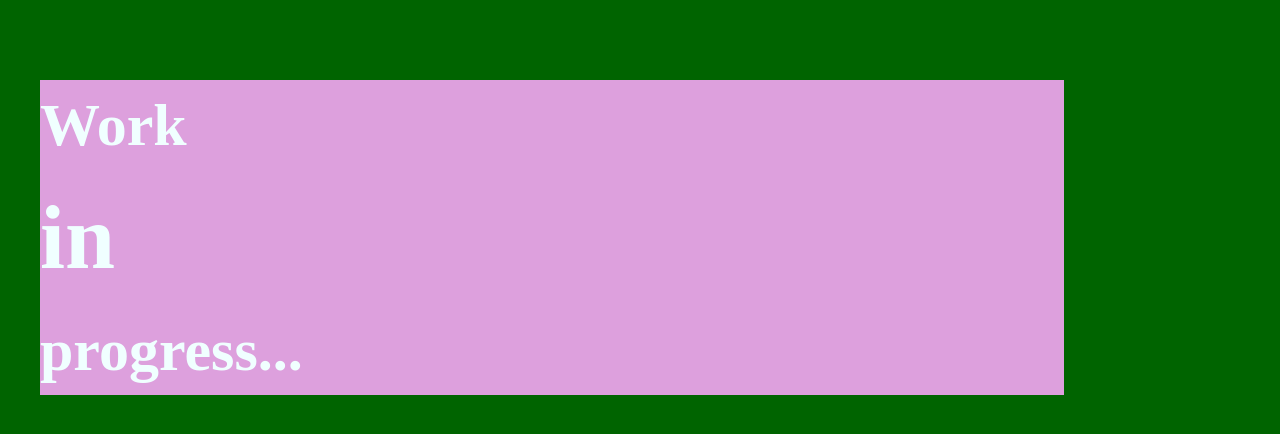
Repository: NollieChtn6/NollieChtn6.github.io
Page: index.html
These files come from the project's save history. The page is drawn as it stood at one moment and after the next save; the edit follows.
The browser window is 1280 px wide. The pictures show the whole page.

Above is the page before, as saved 2023-11-10 18:06:57.

### index.html

<!DOCTYPE html>

<html lang="fr">

<head>
  <meta charset="utf-8">
  <meta name="viewport" content="width=device-width">
  <link href="css/reset.css" rel="stylesheet">
  <link href="css/style.css" rel="stylesheet">
  <link
    href="https://fonts.googleapis.com/css2?family=Dosis&display=swap"
    rel="stylesheet">
  <title>Portfolio</title>
</head>

<body>

  <main class="main__container">

    <div class="main__content">

      <h1 class="main__title">
        <span class="main__title main__title--level-1">
          Work
        </span>
        <span class="main__title main__title--level-2">
          in
        </span>
        <span class="main__title main__title--level-3">
          progress...
        </span>
      </h1>

    </div>

  </main>

</body>

</html>

### css/style.css
/* VARIABLES */

/* :root {

} */


/* GÉNÉRAL */

* {
  box-sizing: border-box;
}

html {
  font-size: 62.5%;
}

body {
  display: flex;
  flex-direction: column;
  height: 100vh;
  min-height: 100vh;
}

h1 {
  font-family: 'Asap', sans-serif;
  font-family: 'Parisienne', cursive;
}


/* MAIN  */

.main__container {
  display: flex;
  flex-direction: column;
  background-color: antiquewhite;
  height: 100vh;
  width: 100vw;
}

.main__content {
  display: flex;
  flex-direction: column;
  background-color:darkgreen;
  height: 100vh;
  width: 100vw;
  /* padding: 5rem 0rem 0rem 8rem; */
  /* justify-content: center; */
  /* align-items: center; */
  padding-top: 8rem;
  padding-left: 4rem;;

}

h1 {
  display: flex;
  flex-direction: column;
  width: 80vw;
  font-size: 6rem;
  background-color: plum;
  color: azure;
}

.main__title--level-1 {

}

.main__title--level-2 {
  font-size: 1.5em;
}

Loaded but not shown: css/reset.css (common file)

After the next save:
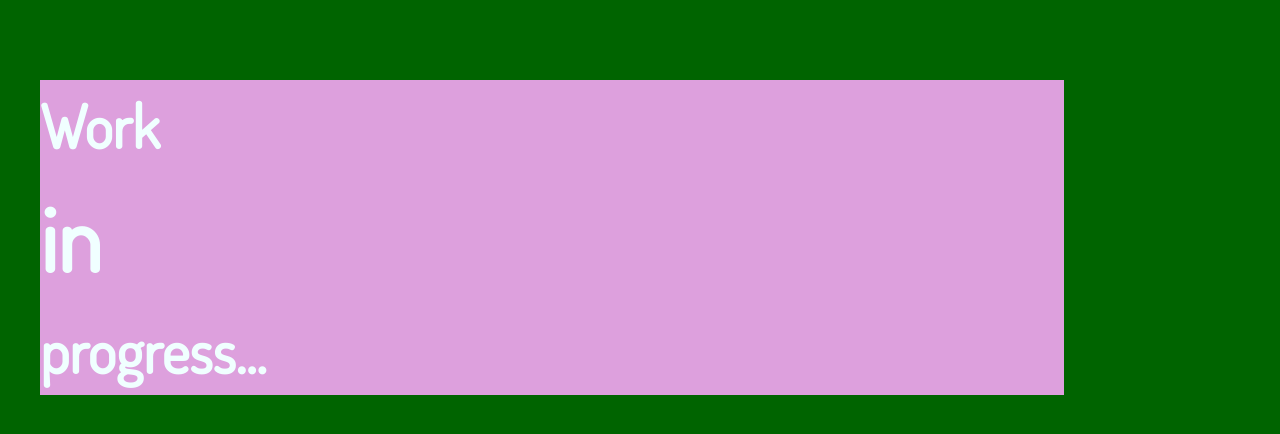
Saved 17 s later.
--- a/css/style.css
+++ b/css/style.css
@@ -23,8 +23,7 @@ body {
 }
 
 h1 {
-  font-family: 'Asap', sans-serif;
-  font-family: 'Parisienne', cursive;
+  font-family: 'Dosis', sans-serif;
 }
 
 
